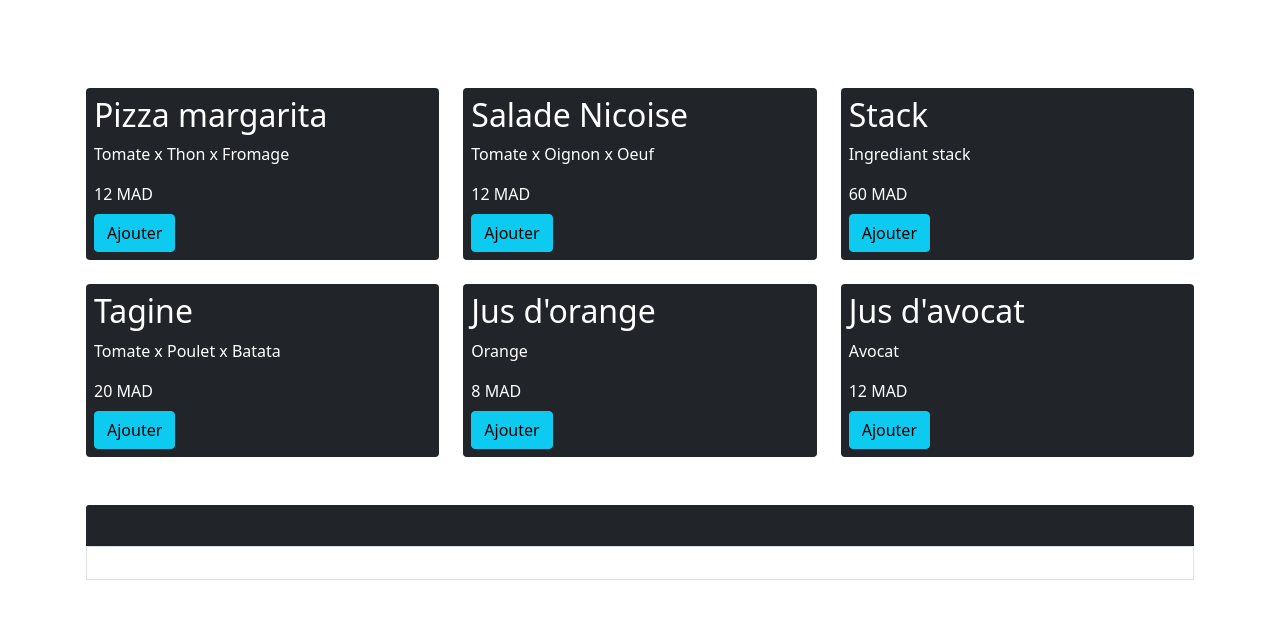
Repository: FS-23/my-restaurant
Page: /
An editor plug-in stored every save of this project. The page is shown before and after the next save, followed by the edit.
The browser window is 1280 px wide. The pictures show the whole page.
The project was rebuilt for these pictures with package versions that can differ from the ones it lists, and the page was loaded fresh each time.

Above is the page before, as saved 2022-04-29 14:36:36.

### public/index.html
<!DOCTYPE html>
<html lang="en">
  <head>
    <meta charset="utf-8" />
    <link rel="icon" href="%PUBLIC_URL%/favicon.ico" />
    <meta name="viewport" content="width=device-width, initial-scale=1" />
    <meta name="theme-color" content="#000000" />
    <meta
      name="description"
      content="Web site created using create-react-app"
    />
    <link rel="apple-touch-icon" href="%PUBLIC_URL%/logo192.png" />
    <!--
      manifest.json provides metadata used when your web app is installed on a
      user's mobile device or desktop. See https://developers.google.com/web/fundamentals/web-app-manifest/
    -->
    <link rel="manifest" href="%PUBLIC_URL%/manifest.json" />
    <!--
      Notice the use of %PUBLIC_URL% in the tags above.
      It will be replaced with the URL of the `public` folder during the build.
      Only files inside the `public` folder can be referenced from the HTML.

      Unlike "/favicon.ico" or "favicon.ico", "%PUBLIC_URL%/favicon.ico" will
      work correctly both with client-side routing and a non-root public URL.
      Learn how to configure a non-root public URL by running `npm run build`.
    -->
    <title>React App</title>
    <!-- CSS only -->
<link href="https://cdn.jsdelivr.net/npm/bootstrap@5.1.3/dist/css/bootstrap.min.css" rel="stylesheet">
  </head>
  <body>
    <noscript>You need to enable JavaScript to run this app.</noscript>
    <div id="root"></div>
    <!--
      This HTML file is a template.
      If you open it directly in the browser, you will see an empty page.

      You can add webfonts, meta tags, or analytics to this file.
      The build step will place the bundled scripts into the <body> tag.

      To begin the development, run `npm start` or `yarn start`.
      To create a production bundle, use `npm run build` or `yarn build`.
    -->
  </body>
</html>

### src/index.css
.plat-container:hover {
     top: -10px;

}

.plat-container {
  top: 0;
  transition: top 0.5s;
}


.app-gradient-container {
   background-image: linear-gradient(160deg , red , blue);
   opacity: 0.2;
}

### src/App.js
import Menu from './components/Menu'
function App() {
  return (
    <div className="">
       <div className='vw-100 vh-100 position-fixed text-white'>
           <div className='position-absolute d-none top-0 w-100 h-100 bg-dark app-gradient-container'>

           </div>

       </div>

       <div className="mt-5 p-3 rounded container ">
              <Menu />
        </div>
    </div>
  );
}

export default App;

### src/components/Menu.js
import { useState } from "react"
import Plat from "./Plat"
function Menu(){
    let [orders , setOrders] = useState([])

    function handleOnClick(id){
          console.log("Je suis le plat numero "+ id)
          let plat  = menuList.find( (menu)=> menu.id == id)

          console.log('plat:', plat)
          setOrders( orders => ([...orders , plat]) )

          setTimeout( function(){
               console.log('orders:', orders)
          },2000)

    }
    let menuList = [
          {id: 1 , name: "Pizza margarita" , price: 12 , ingredient: "Tomate x Thon x Fromage"},
          {id: 2 , name: "Salade Nicoise" , price: 12 , ingredient: "Tomate x Oignon x Oeuf"},
          {id: 3 , name: "Stack" , price: 60 , ingredient: "Ingrediant stack"},
          {id: 4 , name: "Tagine" , price: 20 , ingredient: "Tomate x Poulet x Batata"},
          {id: 5 , name: "Jus d'orange" , price: 8 , ingredient: "Orange"},
          {id: 6 , name: "Jus d'avocat" , price: 12 , ingredient: "Avocat"},
    ]


    return (
        <div className="row">
           {
               menuList.map((menu , index) =>   < Plat key={index} plat={{...menu, onChoose: handleOnClick }} />)
           }
           <div className="card w-100 m-auto border-0 mt-5">
                 <div className="card-header bg-dark">Mes commandes</div>
                  <div className="card-body border">
                    {
                        orders.map((menu , index) =>   <h2 className="text-dark" key={index}>{menu.name}</h2>)
                    }
                  </div>
           </div>

        </div>
    )
}

export default Menu

### src/components/Plat.js

function Plat (props){
    let {plat} = props
    console.log('prpos:', plat)
    return(
        <div className=" col-1 col-sm-2 text-white col-lg-4 mt-4 position-relative plat-container" >
            <div className="bg-dark p-2 rounded">
                <h2>{plat.name} </h2>
                <p> {plat.ingredient}</p>
                <div>
                    {plat.price} MAD
                </div>
                <button className="btn btn-info mt-2" onClick={()=> {plat.onChoose(plat.id)}}>Ajouter</button>
            </div>
       </div>


    )
}

export default Plat

Loaded but not shown: src/index.js (common file)

After the next save:
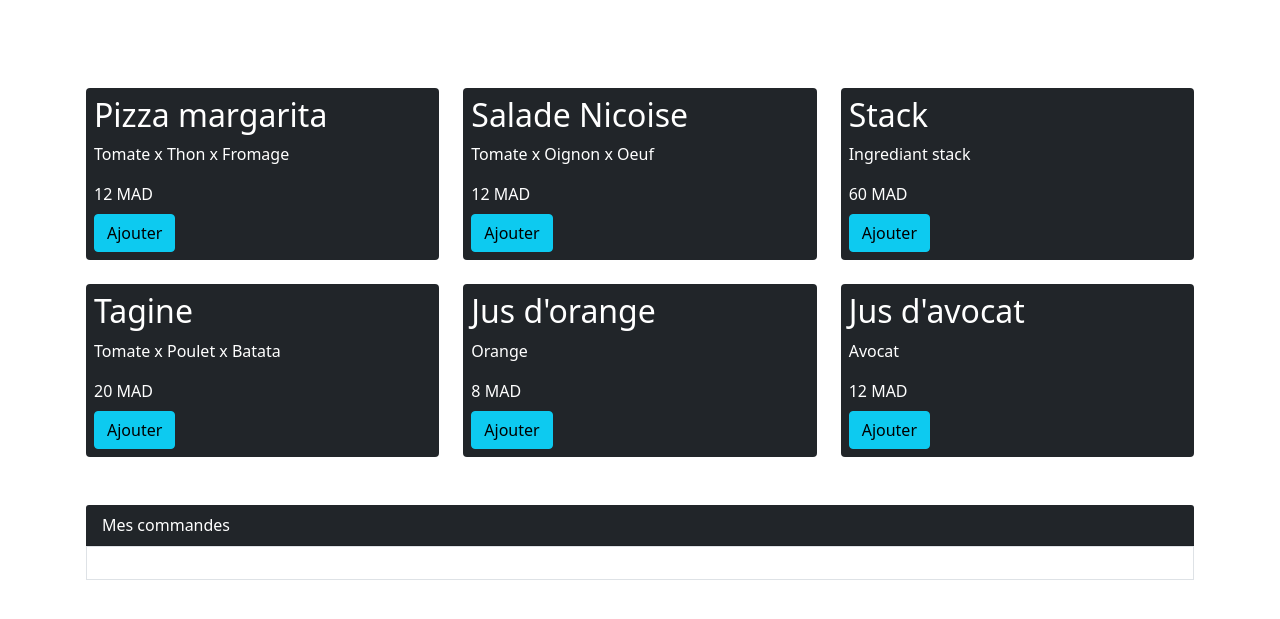
Saved 36 s later.
--- a/src/components/Menu.js
+++ b/src/components/Menu.js
@@ -31,7 +31,7 @@ function Menu(){
                menuList.map((menu , index) =>   < Plat key={index} plat={{...menu, onChoose: handleOnClick }} />)
            }
            <div className="card w-100 m-auto border-0 mt-5">
-                 <div className="card-header bg-dark">Mes commandes</div>
+                 <div className="card-header bg-dark text-white">Mes commandes</div>
                   <div className="card-body border">
                     {
                         orders.map((menu , index) =>   <h2 className="text-dark" key={index}>{menu.name}</h2>)
